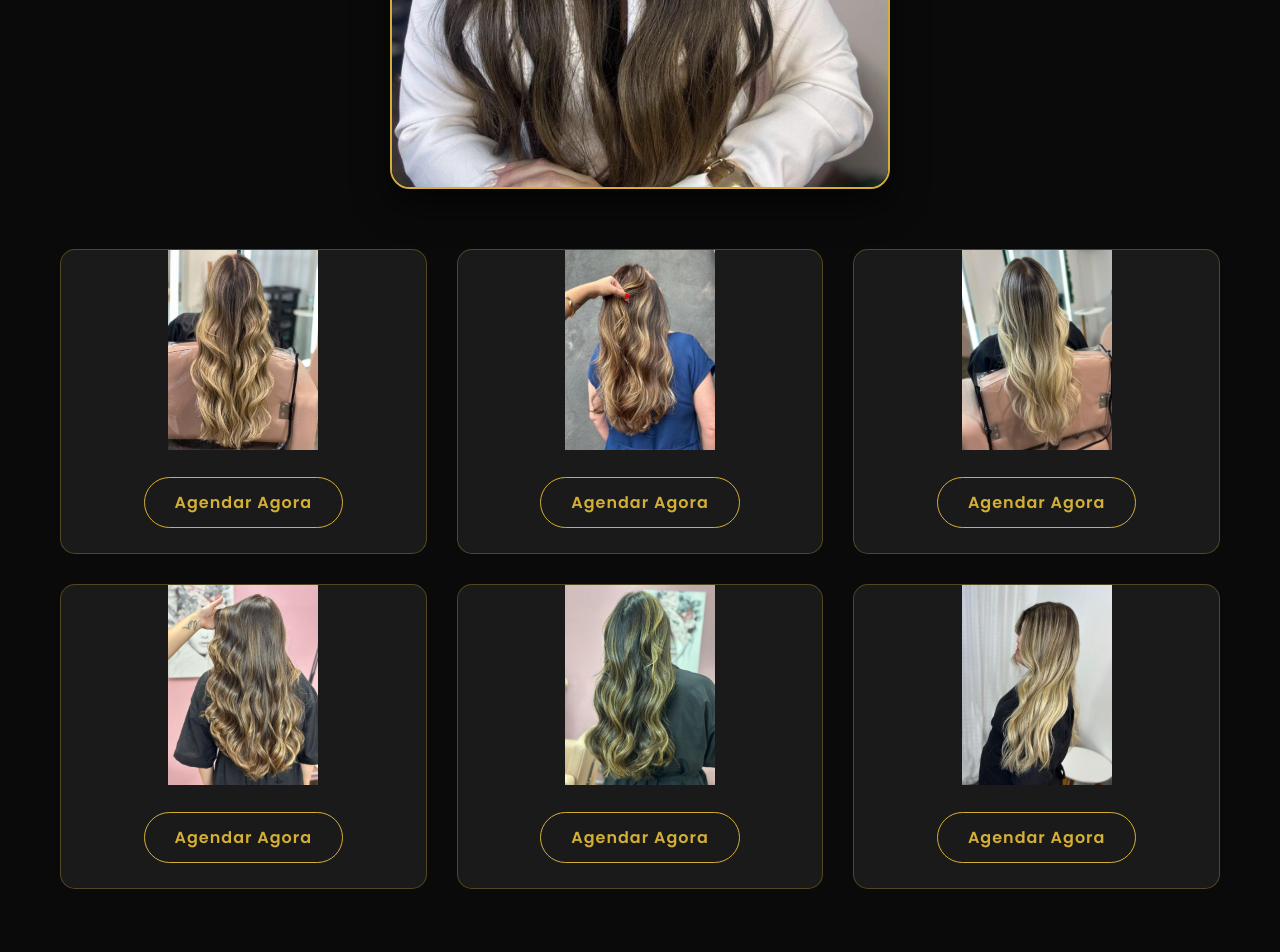
Repository: Sandro1969-tech/campanini-beauty
Page: index.html
These files come from the project's save history. The page is drawn as it stood at one moment and after the next save; the edit follows.
The browser window is 1280 px wide. The pictures show the part of the page from y = 729 to 1681 px (the page is 2901 px tall before and 2961 px after).

Above is the page before, as saved 2026-02-17 19:57:48.

After the next save:
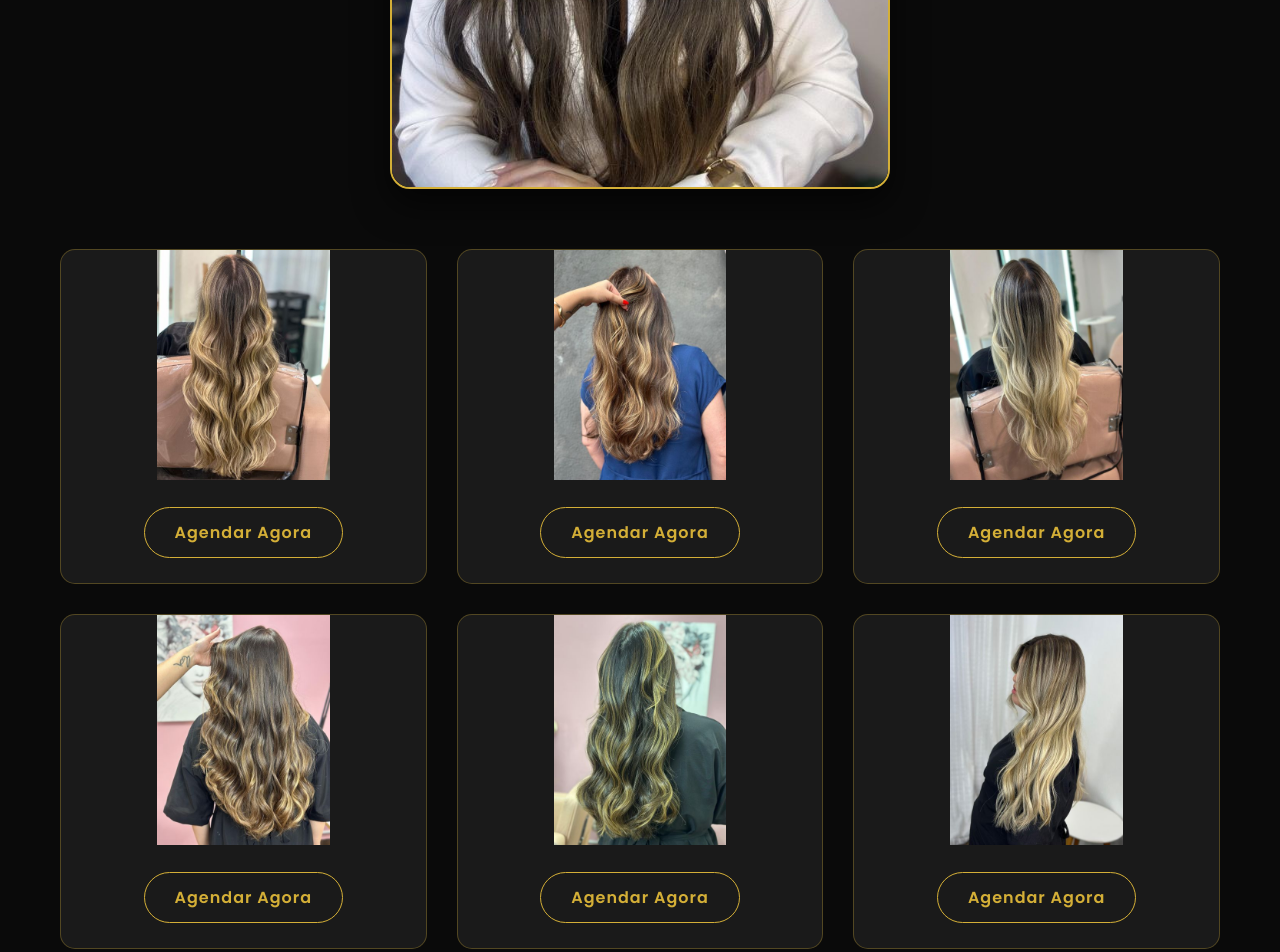
Saved 10 s later.
--- a/index.html
+++ b/index.html
@@ -107,7 +107,7 @@
 
         .card img {
             width: 100%;
-            height: 200px;
+            height: 230px;
             object-fit: contain; /* Garante que a imagem não fique esticada */
         }
 
